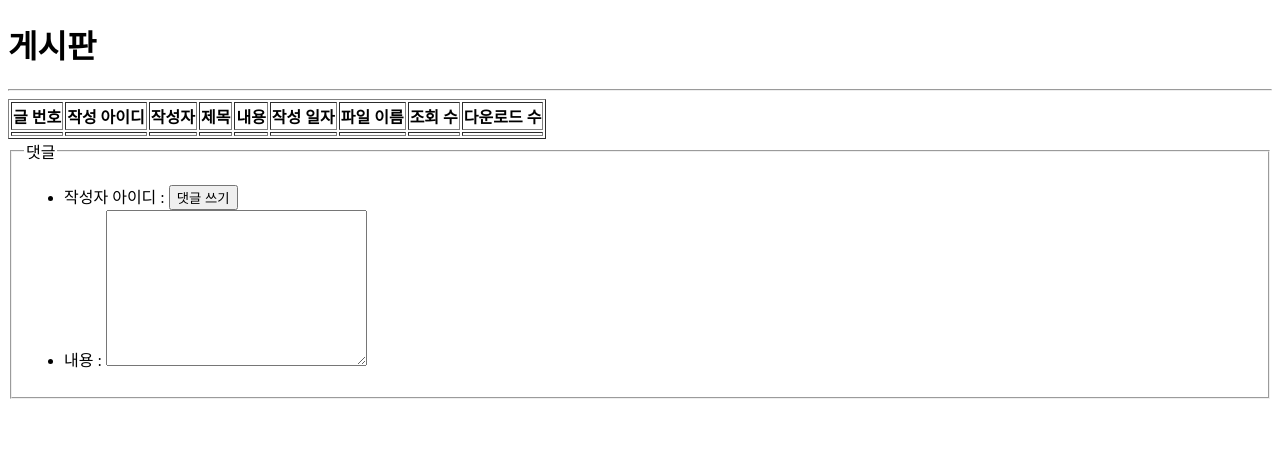
Repository: khy4701/JavaServerPage-Servlet
Page: http://localhost/07.BoardProejct/View.jsp
An editor plug-in stored every save of this project. The page is shown before and after the next save, followed by the edit.
The browser window is 1280 px wide. The pictures show the whole page.
The page is served by Tomcat 9. Other server files are loaded and not shown.

Above is the page before, as saved 2016-07-27 00:44:31.

### 07.BoardProejct/WebContent/View.jsp
<%@ page language="java" contentType="text/html; charset=UTF-8"
    pageEncoding="UTF-8"%>
<%@ taglib uri="http://java.sun.com/jsp/jstl/core" prefix="c" %>

<!DOCTYPE html>
<html>
<head>
<meta charset="UTF-8">
<title>Insert title here</title>
</head>
<body>

<h1>게시판</h1>
<hr>

<c:set var ="content" value= "${requestScope.ContentInfo}"/>
<table border ="1">

<tr><th> 글 번호 </th> <th> 작성 아이디</th><th>작성자 </th> <th> 제목</th>
<th>내용 </th> <th>작성 일자</th> <th>파일 이름</th> <th>조회 수</th> <th> 다운로드 수</th> </tr>

    <tr><td> ${content.num }        </td>
    <td align ="center"> ${content.id }  			</td>
    <td align ="center"> ${content.name }			</td>
    <td align ="center"> ${content.title }  		</td>
    <td align ="center"> ${content.content }  	  	</td>
    <td align ="center"> ${content.writeDate }   	</td>
    <td align ="center"> ${content.fileName }   	</td>
    <td align ="center"> ${content.readCount }  	</td>
    <td align ="center"> ${content.downCount } 		</td></tr>

</table>

<fieldset>
	<legend>댓글 </legend>
		<ul>
			<li>작성자 아이디 : ${content.id} <input type="button" value="댓글 쓰기"> </li>
			<li>내용 : <textarea rows="10" cols="30" name="content"></textarea></li>
		</ul>
</fieldset>

</body>
</html>

After the next save:
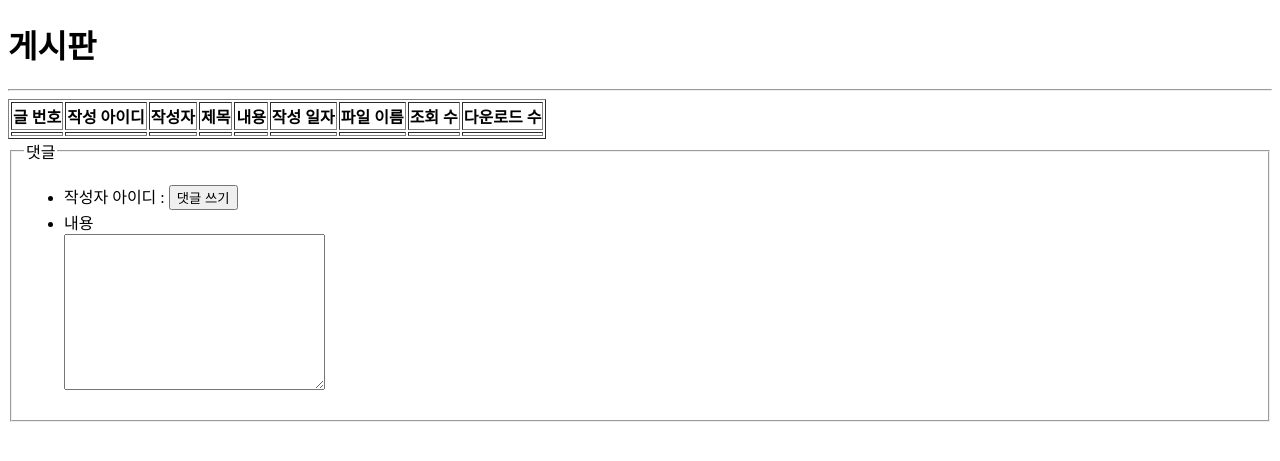
Saved 26 s later.
--- a/07.BoardProejct/WebContent/View.jsp
+++ b/07.BoardProejct/WebContent/View.jsp
@@ -35,7 +35,7 @@
 	<legend>댓글 </legend>
 		<ul>
 			<li>작성자 아이디 : ${content.id} <input type="button" value="댓글 쓰기"> </li>
-			<li>내용 : <textarea rows="10" cols="30" name="content"></textarea></li>
+			<li>내용 <br><textarea rows="10" cols="30" name="content"></textarea></li>
 		</ul>
 </fieldset>
 
